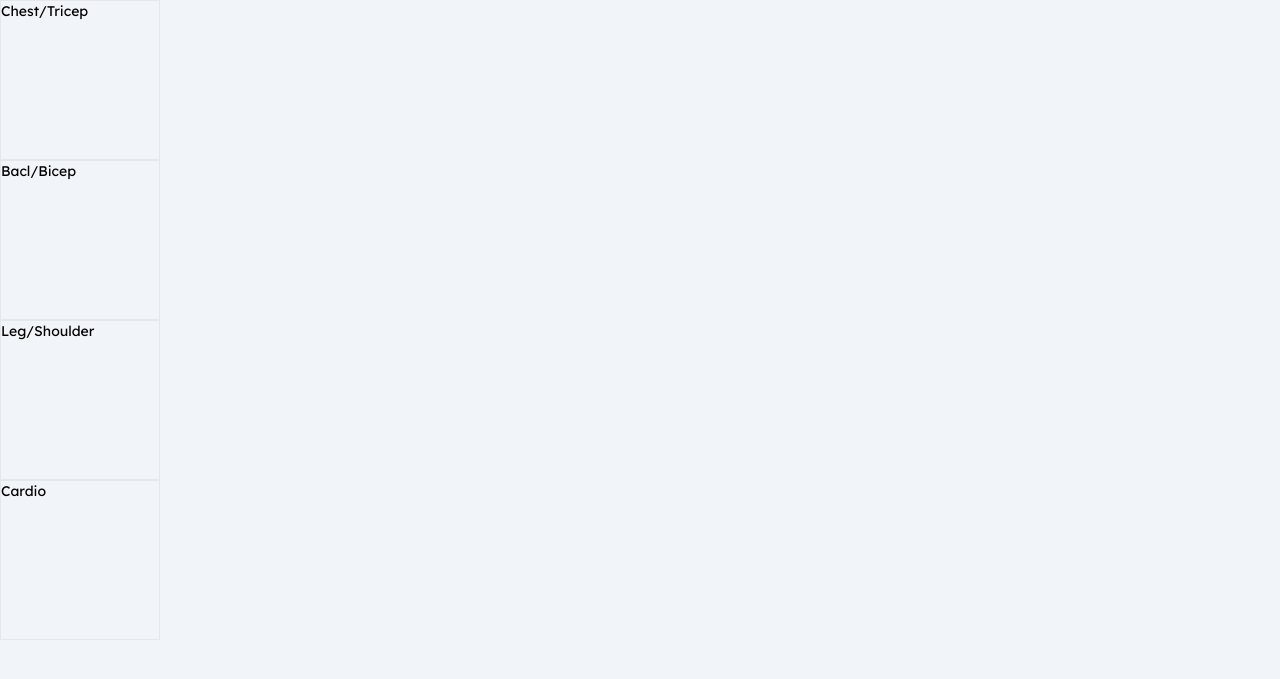
Repository: stavan30/tracker
Page: /
These files come from the project's save history. The page is drawn as it stood at one moment and after the next save; the edit follows.
The browser window is 1280 px wide. The pictures show the whole page.
The project was rebuilt for these pictures with package versions that can differ from the ones it lists, and the page was loaded fresh each time. Also part of the build but not shown: vite.config.js.

Above is the page before, as saved 2024-02-23 17:52:58.

### src/App.jsx
import { useState } from 'react';
import Card from './Components/Card';

function App() {


  return (
    <>
      <Card day="Chest/Tricep"/>
      <Card day="Bacl/Bicep"/>
      <Card day="Leg/Shoulder"/>
      <Card day="Cardio"/>
    </>
  )
}

export default App

### src/index.css
@import url('https://fonts.googleapis.com/css2?family=Lexend:wght@100..900&display=swap');

@tailwind base;
@tailwind components;
@tailwind utilities;

@layer utilities {
  body {
    @apply bg-slate-100;
  }
}

### src/Components/Card.jsx
import React from 'react'

const Card = (props) => {
  return (
    <div className='text-black text-sm font-lex border h-40 w-40'>{props.day}</div>
  )
}

export default Card

### tailwind.config.js
/** @type {import('tailwindcss').Config} */
export default {
  content: [
    "./index.html",
    "./src/**/*.{js,ts,jsx,tsx}",
  ],
  theme: {
    extend: {},
    fontFamily: {
      lex: ["Lexend", "sans-serif"]
    }
  },
  plugins: [],
}

Loaded but not shown: index.html (common file); src/main.jsx (common file)

After the next save:
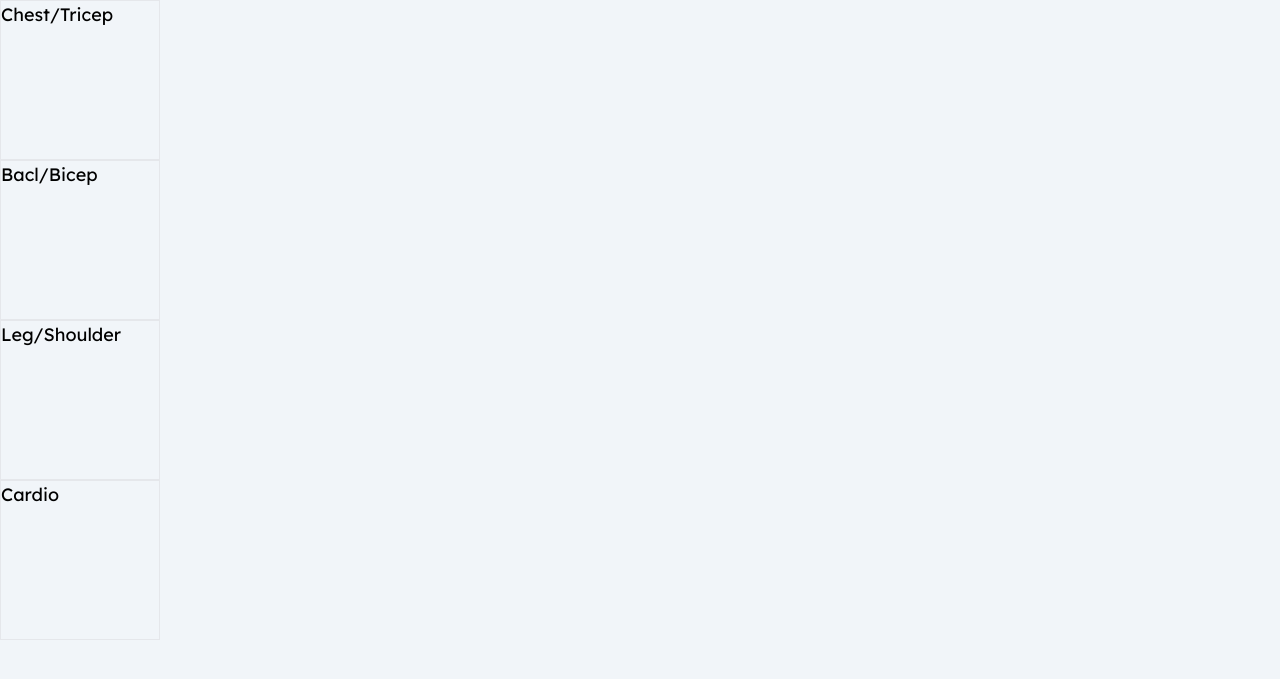
Saved 6 s later.
--- a/src/Components/Card.jsx
+++ b/src/Components/Card.jsx
@@ -2,7 +2,7 @@ import React from 'react'
 
 const Card = (props) => {
   return (
-    <div className='text-black text-sm font-lex border h-40 w-40'>{props.day}</div>
+    <div className='text-black text-lg font-lex border h-40 w-40'>{props.day}</div>
   )
 }
 
